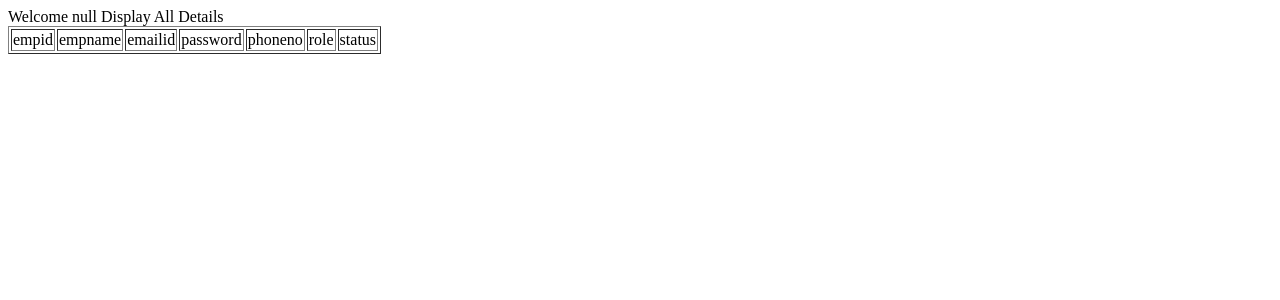
Repository: saurabh836/fullstackprojects
Page: http://localhost/EmployeeSkillProject/hr.jsp
These files come from the project's save history. The page is drawn as it stood at one moment and after the next save; the edit follows.
The browser window is 1280 px wide. The pictures show the whole page.
The page is served by Tomcat 9. Other server files are loaded and not shown. Queries for data that is not in the repository find no rows.

Above is the page before, as saved 2018-07-29 13:56:20.

### EmployeeSkillProject/WebContent/hr.jsp


<%@ page language="java" contentType="text/html; charset=ISO-8859-1"
    pageEncoding="ISO-8859-1"%>
    <%@ taglib prefix = "c" uri = "http://java.sun.com/jsp/jstl/core" %>
<%@ taglib prefix = "sql" uri = "http://java.sun.com/jsp/jstl/sql" %>
<!DOCTYPE html PUBLIC "-//W3C//DTD HTML 4.01 Transitional//EN" "http://www.w3.org/TR/html4/loose.dtd">
<html>
<head>
<meta http-equiv="Content-Type" content="text/html; charset=ISO-8859-1">
<title>Insert title here</title>
</head>
<body>
<% String str = (String) session.getAttribute("username");

out.print("Welcome " + str); %>
Display All Details
<sql:setDataSource var="snapshot" driver="com.mysql.jdbc.Driver" url="jdbc:mysql://localhost:3306/employee_records" user = "root"  password = "123456789"/>
<sql:query dataSource = "${snapshot}" sql = "select * from empskillset" var = "result" />
<table border="1">
<tr><td>empid</td><td>empname</td><td>emailid</td><td>password</td><td>phoneno</td><td>role</td><td>status</td></tr>
<c:forEach items="${result.rows }" var ="res">
<tr>
<td>${res.empid}</td>
<td>${res.empname}</td>
<td>${res.emailid}</td>
<td>${res.password}</td>
<td>${res.phoneno}</td>
<td>${res.role}</td>
<td>${res.active}</td>
<td><a href="update.jsp?empid=<c:out value="${res.empid}"/>">Update</a></td>
<td><a href="deletedb.jsp?empid=<c:out value="${res.empid}"/>">Delete</a></td>



</tr>
</c:forEach>
</body>
</html>

After the next save:
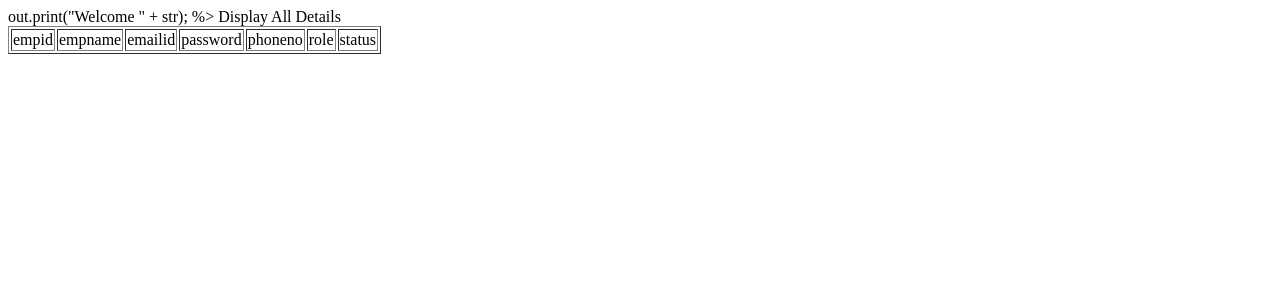
Saved 3 min 45 s later.
--- a/EmployeeSkillProject/WebContent/hr.jsp
+++ b/EmployeeSkillProject/WebContent/hr.jsp
@@ -11,7 +11,7 @@
 <title>Insert title here</title>
 </head>
 <body>
-<% String str = (String) session.getAttribute("username");
+
 
 out.print("Welcome " + str); %>
 Display All Details
